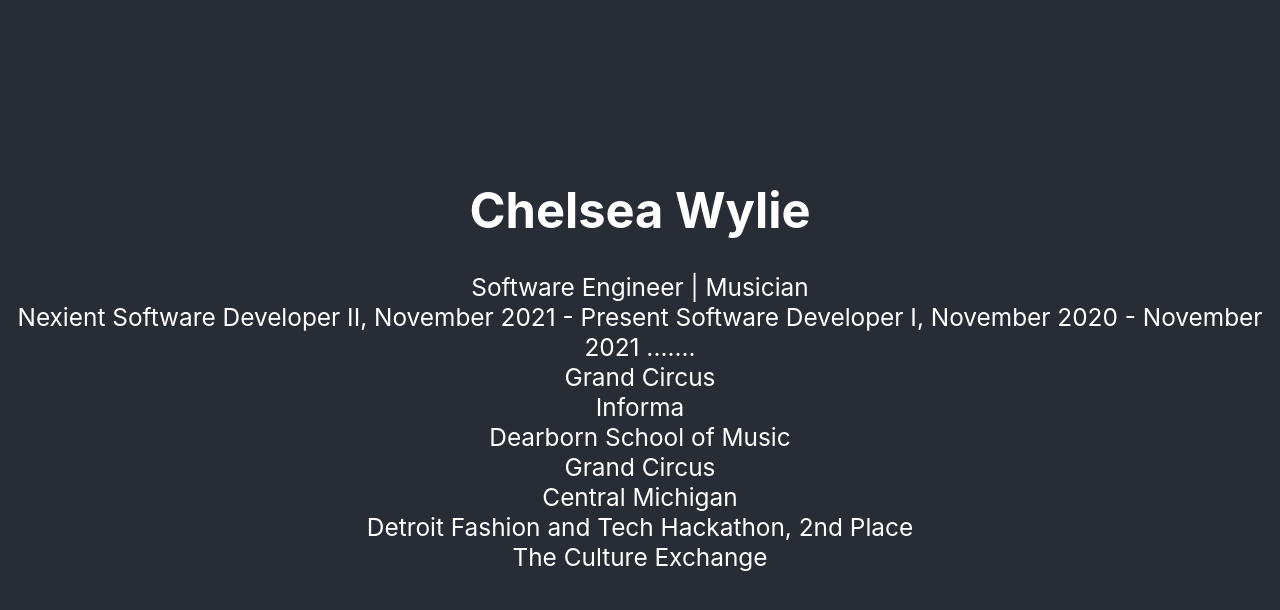
Repository: chelsswylie/portfolio
Page: /
These files come from the project's save history. The page is drawn as it stood at one moment and after the next save; the edit follows.
The browser window is 1280 px wide. The pictures show the whole page.
The project was rebuilt for these pictures with package versions that can differ from the ones it lists, and the page was loaded fresh each time.

Above is the page before, as saved 2022-06-05 19:05:45.

### src/App.js
import logo from './logo.svg';
import './App.css';
import GridContainer from './components/molecule/Grid'
import React from 'react';

function App() {
  return (
    <div className="App">
      <header className="App-header">
        <GridContainer />
        {/* <img src={logo} className="App-logo" alt="logo" />
        <p>
          Edit <code>src/App.js</code> and save to reload.
        </p>
        <a
          className="App-link"
          href="https://reactjs.org"
          target="_blank"
          rel="noopener noreferrer"
        >
          Learn React
        </a> */}
      </header>
    </div>
  );
}

export default App;

### src/components/molecule/Grid.js
import React from "react";
import ContentContainer from '../atom/Content'
import ExperienceContainer from './Experience'
import EducationContainer from './Education'
import PortfolioContainer from './Portfolio'

// grid is going to need to be able to accept props
export default function GridContainer() {
    return (
    <div className="grid-container">
  <div className="grid-item">
      <ContentContainer />
  </div>
  <div className="grid-item">
    <ExperienceContainer/>
  </div>
  <div className="grid-item">
    <EducationContainer />
  </div>
  <div className="grid-item">
    <PortfolioContainer />
  </div>
</div>
    )
}

### src/components/atom/Content.js
import React, {useState} from "react";

// this needs to accept props, which need to be passed in to the format below
export default function ContentContainer() {

    const [heading, setHeading] = useState("")

    return (
    <div className="content-container">
        <h1>Chelsea Wylie</h1>
        <span>Software Engineer | Musician </span>
</div>
    )
}

### src/components/molecule/Experience.js
import React from "react";

export default function ExperienceContainer() {
    return (
    <div className="experience-container">
  <div className="grid-item">
    <div>Nexient
Software Developer II, November 2021 - Present
Software Developer I, November 2020 - November 2021
.......
</div>
  </div>
  <div className="grid-item">
    <div>Grand Circus</div>
  </div>
  <div className="grid-item">
    <div>Informa</div>
  </div>
  <div className="grid-item">
    <div>Dearborn School of Music</div>
  </div>
</div>
    )
}

### src/components/molecule/Education.js
import React from "react";

export default function GridContainer() {
    return (
    <div className="education-container">
  <div className="grid-item">
    <div>Grand Circus</div>
  </div>
  <div className="grid-item">
    <div>Central Michigan</div>
  </div>
</div>
    )
}

### src/components/molecule/Portfolio.js
import React from "react";

export default function PortfolioContainer() {
    return (
    <div className="portfolio-container">

  <div className="grid-item">
    <div>Detroit Fashion and Tech Hackathon, 2nd Place
</div>
  </div>
  <div className="grid-item">
    <div>The Culture Exchange
</div>
  </div>
</div>
    )
}

Loaded but not shown: public/index.html (common file); src/index.js (common file); src/index.css (common file); src/reportWebVitals.js (common file); src/App.css (common file)

After the next save:
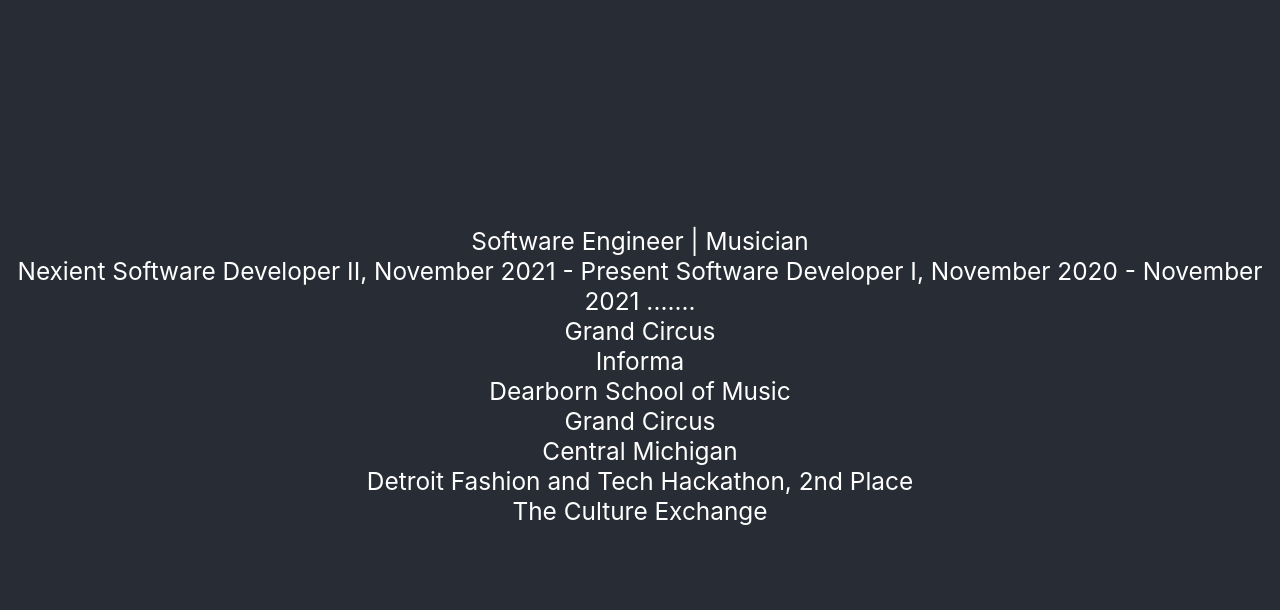
Saved 10 s later.
--- a/src/components/atom/Content.js
+++ b/src/components/atom/Content.js
@@ -7,7 +7,7 @@
 
     return (
     <div className="content-container">
-        <h1>Chelsea Wylie</h1>
+        <h1>{heading}</h1>
         <span>Software Engineer | Musician </span>
 </div>
     )
